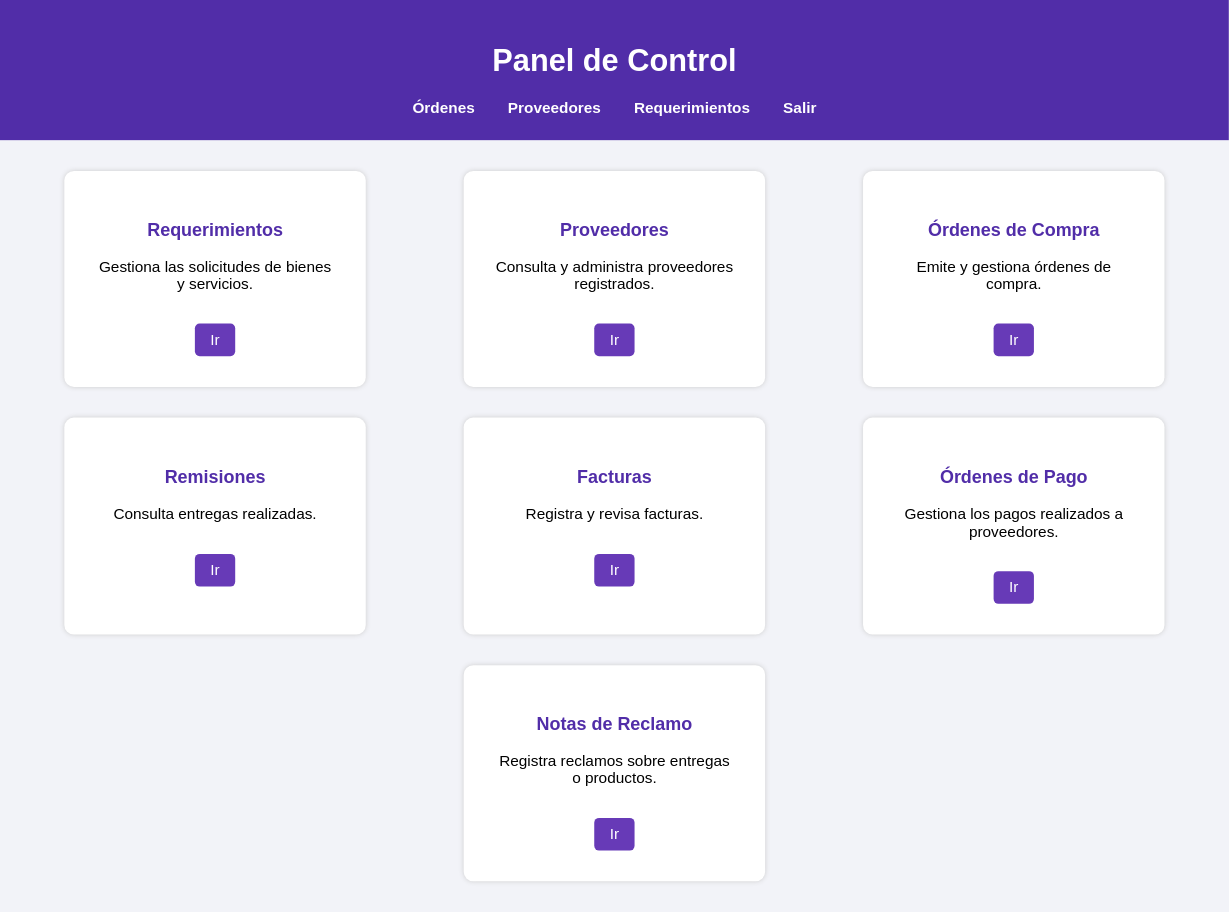
Repository: djkeviin/Mi-primera-chamba
Page: views/dashboard.html
These files come from the project's save history. The page is drawn as it stood at one moment and after the next save; the edit follows.
The browser window is 1280 px wide. The pictures show the whole page, at 96% of full size.

Above is the page before, as saved 2025-05-02 01:12:01.

After the next save:
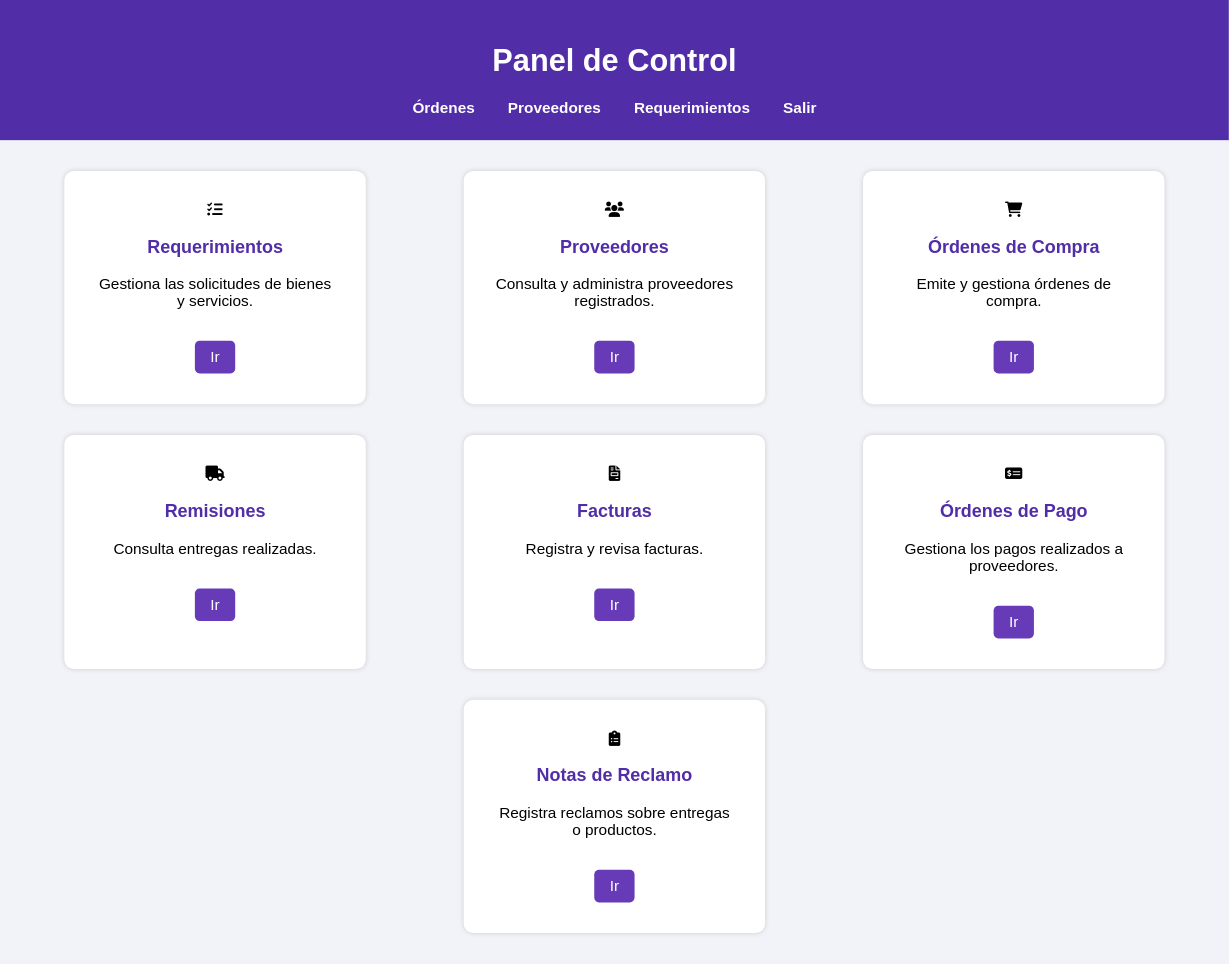
Saved 5 min 46 s later.
--- a/views/dashboard.html
+++ b/views/dashboard.html
@@ -4,6 +4,7 @@
   <meta charset="UTF-8">
   <title>Dashboard</title>
   <link rel="stylesheet" href="../css/dashboard.css">
+  <link rel="stylesheet" href="https://cdnjs.cloudflare.com/ajax/libs/font-awesome/6.0.0-beta3/css/all.min.css">
 </head>
 <body>
   <header>
@@ -19,36 +20,43 @@
   <main>
     <section class="panel">
       <div class="card">
+        <i class="fas fa-tasks"></i> <!-- Icono de tareas -->
         <h3>Requerimientos</h3>
         <p>Gestiona las solicitudes de bienes y servicios.</p>
         <a href="requerimientos.html">Ir</a>
       </div>
       <div class="card">
+        <i class="fas fa-users"></i> <!-- Icono de usuarios -->
         <h3>Proveedores</h3>
         <p>Consulta y administra proveedores registrados.</p>
         <a href="proveedores.html">Ir</a>
       </div>
       <div class="card">
+        <i class="fas fa-shopping-cart"></i> <!-- Icono de compras -->
         <h3>Órdenes de Compra</h3>
         <p>Emite y gestiona órdenes de compra.</p>
         <a href="ordenes.html">Ir</a>
       </div>
       <div class="card">
+        <i class="fas fa-truck"></i> <!-- Icono de camión (remisiones) -->
         <h3>Remisiones</h3>
         <p>Consulta entregas realizadas.</p>
         <a href="remisiones.html">Ir</a>
       </div>
       <div class="card">
+        <i class="fas fa-file-invoice"></i> <!-- Icono de factura -->
         <h3>Facturas</h3>
         <p>Registra y revisa facturas.</p>
         <a href="facturas.html">Ir</a>
       </div>
       <div class="card">
+        <i class="fas fa-money-check-alt"></i> <!-- Icono de pagos -->
         <h3>Órdenes de Pago</h3>
         <p>Gestiona los pagos realizados a proveedores.</p>
         <a href="pagos.html">Ir</a>
       </div>
       <div class="card">
+        <i class="fas fa-clipboard-list"></i> <!-- Icono de lista (reclamos) -->
         <h3>Notas de Reclamo</h3>
         <p>Registra reclamos sobre entregas o productos.</p>
         <a href="reclamos.html">Ir</a>
